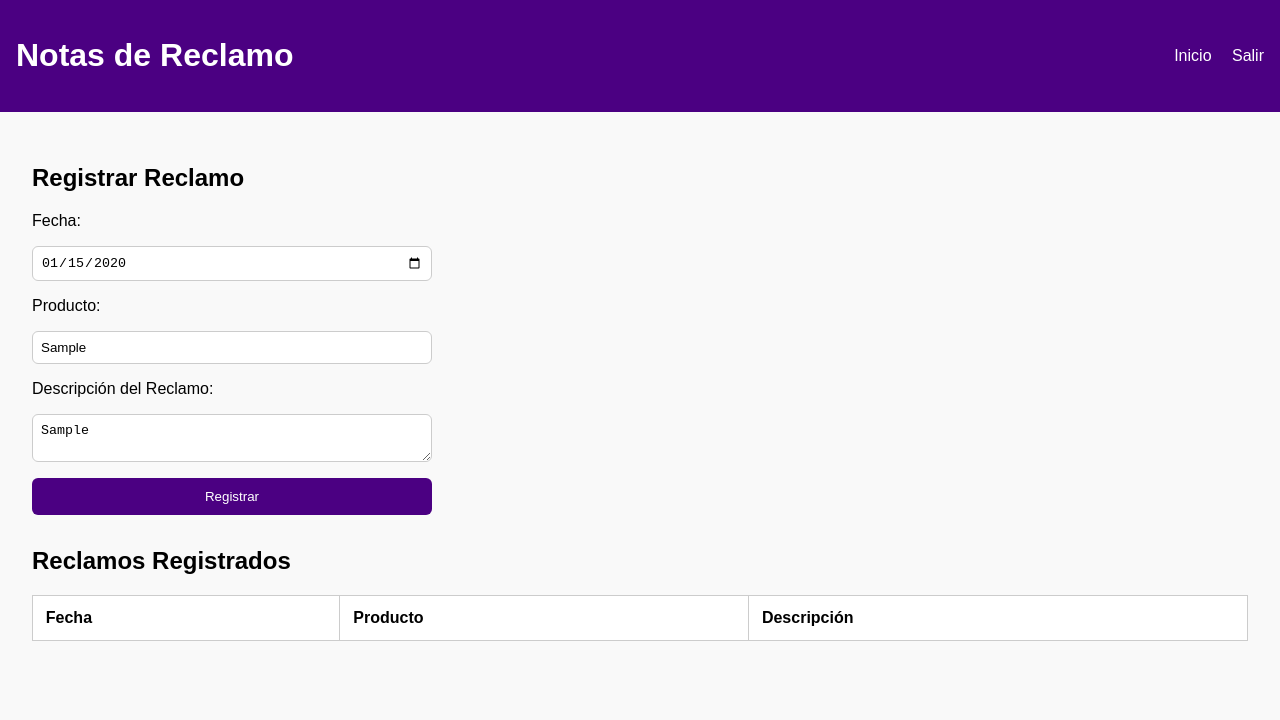
Repository: djkeviin/Mi-primera-chamba
Page: views/reclamos.html
An editor plug-in stored every save of this project. The page is shown before and after the next save, followed by the edit.
The browser window is 1280 px wide. The pictures show the whole page.
Empty fields were first filled with sample values (such as "Sample", 5 or name@example.com).
After loading, the first visible `#formReclamo` was submitted once.

Above is the page before, as saved 2025-05-02 00:41:35.
Console error: TypeError: Cannot read properties of undefined (reading 'value')

### views/reclamos.html
<!DOCTYPE html>
<html lang="es">
<head>
  <meta charset="UTF-8">
  <title>Notas de Reclamo</title>
  <link rel="stylesheet" href="../css/reclamos.css">
</head>
<body>
  <header>
    <h1>Notas de Reclamo</h1>
    <nav>
      <a href="dashboard.html">Inicio</a>
      <a href="../index.html">Salir</a>
    </nav>
  </header>

  <main>
    <section class="formulario">
      <h2>Registrar Reclamo</h2>
      <form id="formReclamo">
        <label for="fecha">Fecha:</label>
        <input type="date" id="fecha" required>

        <label for="producto">Producto:</label>
        <input type="text" id="producto" required>

        <label for="descripcion">Descripción del Reclamo:</label>
        <textarea id="descripcion" required></textarea>

        <button type="submit">Registrar</button>
      </form>
    </section>

    <section class="tabla">
      <h2>Reclamos Registrados</h2>
      <table>
        <thead>
          <tr>
            <th>Fecha</th>
            <th>Producto</th>
            <th>Descripción</th>
          </tr>
        </thead>
        <tbody id="listaReclamos">
          <!-- Reclamos se agregarán aquí -->
        </tbody>
      </table>
    </section>
  </main>

  <script src="../js/reclamos.js"></script>
</body>

### css/reclamos.css
body {
    font-family: Arial, sans-serif;
    background-color: #f9f9f9;
    margin: 0;
    padding: 0;
  }

  header {
    background-color: #4b0082;
    color: white;
    padding: 1rem;
    display: flex;
    justify-content: space-between;
    align-items: center;
  }

  nav a {
    color: white;
    margin-left: 1rem;
    text-decoration: none;
  }

  main {
    padding: 2rem;
  }

  form {
    display: flex;
    flex-direction: column;
    gap: 1rem;
    max-width: 400px;
    margin-bottom: 2rem;
  }

  input, textarea {
    padding: 0.5rem;
    border: 1px solid #ccc;
    border-radius: 6px;
  }

  button {
    padding: 0.7rem;
    background-color: #4b0082;
    color: white;
    border: none;
    border-radius: 6px;
    cursor: pointer;
  }

  button:hover {
    background-color: #6a0dad;
  }

  table {
    width: 100%;
    border-collapse: collapse;
    background-color: white;
  }

  th, td {
    padding: 0.8rem;
    border: 1px solid #ccc;
    text-align: left;
  }

### js/reclamos.js
document.getElementById("formReclamo").addEventListener("submit", function(e) {
    e.preventDefault();

    const producto = this.producto.value;
    const motivo = this.motivo.value;
    const detalles = this.detalles.value;
    const estado = this.estado.value;

    const tabla = document.getElementById("tablaReclamos");
    const fila = document.createElement("tr");

    fila.innerHTML = `
      <td>${producto}</td>
      <td>${motivo}</td>
      <td>${detalles}</td>
      <td>${estado}</td>
      <td>
        <button onclick="cambiarEstado(this)">Cambiar Estado</button>
        <button onclick="eliminarFila(this)">Eliminar</button>
      </td>
    `;

    tabla.appendChild(fila);
    this.reset();
  });

  function cambiarEstado(btn) {
    const fila = btn.parentNode.parentNode;
    const estadoCelda = fila.cells[3];
    estadoCelda.textContent = estadoCelda.textContent === "Pendiente" ? "Resuelto" : "Pendiente";
  }

  function eliminarFila(btn) {
    const fila = btn.parentNode.parentNode;
    fila.remove();
  }

After the next save:
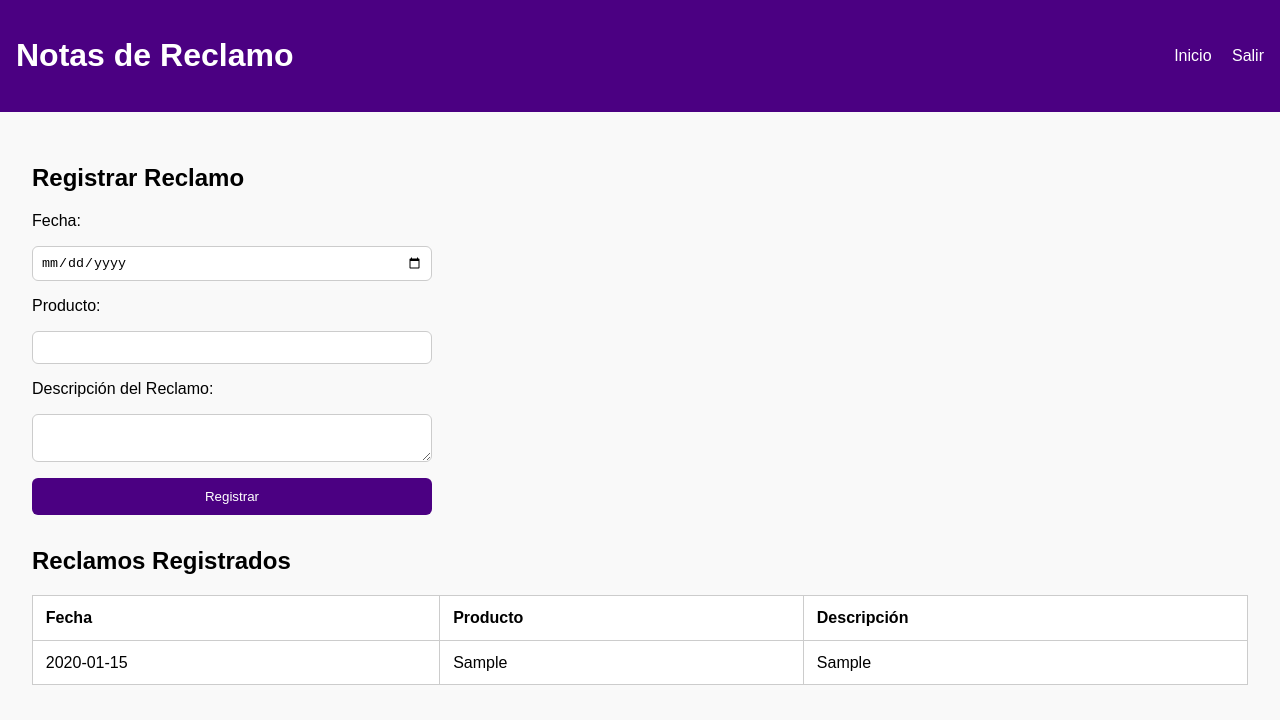
The error is gone.
Saved 12 s later.
--- a/js/reclamos.js
+++ b/js/reclamos.js
@@ -1,36 +1,21 @@
-document.getElementById("formReclamo").addEventListener("submit", function(e) {
+document.getElementById("formReclamo").addEventListener("submit", function (e) {
     e.preventDefault();
 
-    const producto = this.producto.value;
-    const motivo = this.motivo.value;
-    const detalles = this.detalles.value;
-    const estado = this.estado.value;
+    const fecha = document.getElementById("fecha").value;
+    const producto = document.getElementById("producto").value;
+    const descripcion = document.getElementById("descripcion").value;
 
-    const tabla = document.getElementById("tablaReclamos");
+    const tabla = document.getElementById("listaReclamos");
     const fila = document.createElement("tr");
 
     fila.innerHTML = `
+      <td>${fecha}</td>
       <td>${producto}</td>
-      <td>${motivo}</td>
-      <td>${detalles}</td>
-      <td>${estado}</td>
-      <td>
-        <button onclick="cambiarEstado(this)">Cambiar Estado</button>
-        <button onclick="eliminarFila(this)">Eliminar</button>
-      </td>
+      <td>${descripcion}</td>
     `;
 
     tabla.appendChild(fila);
+
+    // Limpiar formulario
     this.reset();
   });
-
-  function cambiarEstado(btn) {
-    const fila = btn.parentNode.parentNode;
-    const estadoCelda = fila.cells[3];
-    estadoCelda.textContent = estadoCelda.textContent === "Pendiente" ? "Resuelto" : "Pendiente";
-  }
-
-  function eliminarFila(btn) {
-    const fila = btn.parentNode.parentNode;
-    fila.remove();
-  }
